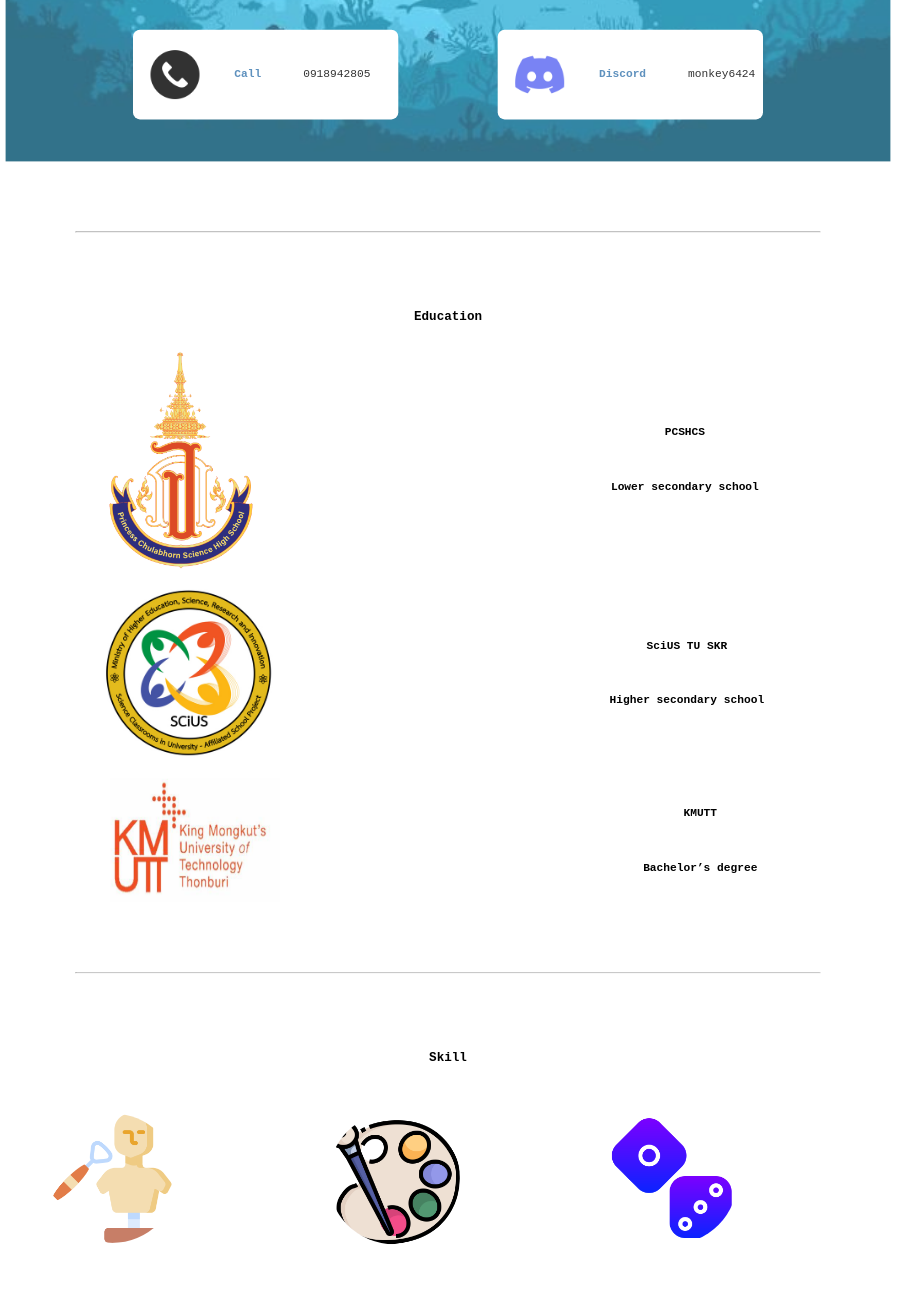
Repository: kittipichcha/port3
Page: page1.html
These files come from the project's save history. The page is drawn as it stood at one moment and after the next save; the edit follows.
The browser window is 1280 px wide. The page is 1287 px wide, then 1290 px, so the pictures cover 1290 px, including what lies to the right of the window. The pictures show the part of the page from y = 3012 to 4892 px (the page is 4892 px tall before and 4884 px after), at 70% of full size.

Above is the page before, as saved 2024-10-26 21:45:00.

After the next save:
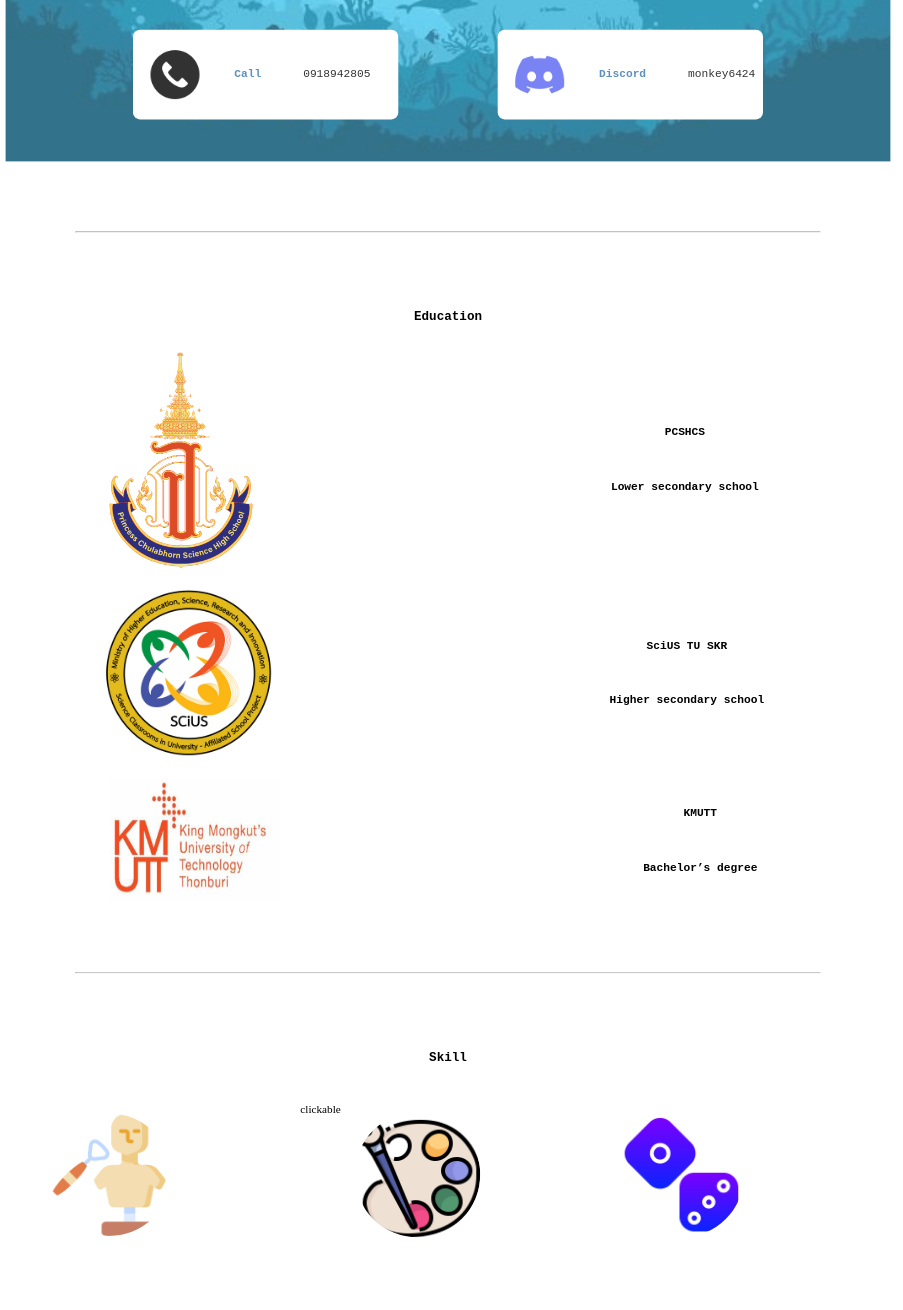
Saved 13 min 23 s later.
--- a/page1.html
+++ b/page1.html
@@ -185,6 +185,7 @@
             </div>
           </a>
         </div>
+      <p> clickable </p>
 
       <div class = "container">
         <h2 class = "overlay textGeneral" style = "background-color:rgba(240, 248, 255, 0); color:rgb(17, 46, 148);"> Painting  </h2>
